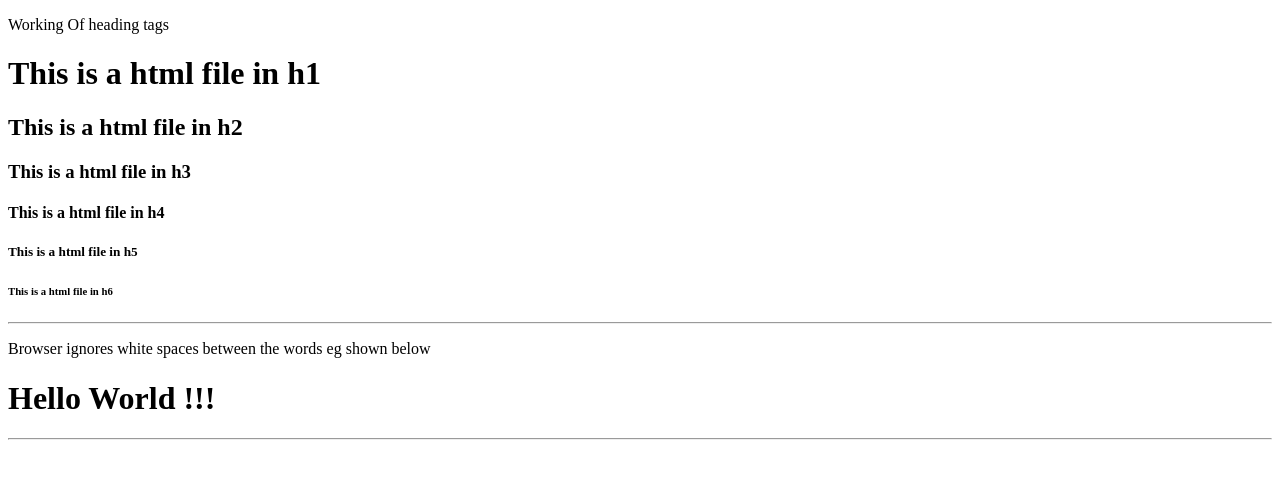
Repository: Datta2901/Basic-Html
Page: Heading.html
These files come from the project's save history. The page is drawn as it stood at one moment and after a run of saves; the edit follows.
The browser window is 1280 px wide. The pictures show the whole page.

Above is the page before, as saved 2021-01-11 14:37:14.

### Heading.html
<!DOCTYPE html>
<html>
    <head>
        <title>Heading Size</title>
    </head>
    <body>
        <p> Working Of heading tags </p>
        <h1>This is a html file in h1 </h1>
        <h2>This is a html file in h2 </h2>
        <h3>This is a html file in h3 </h3>
        <h4>This is a html file in h4 </h4>
        <h5>This is a html file in h5 </h5>
        <h6>This is a html file in h6 </h6>
        <hr>
        <p>Browser ignores white spaces between the words eg shown below</p>
        <h1>Hello       World           !!! </h1>
        <hr>
    </body>
</html>

After the next 5 saves:
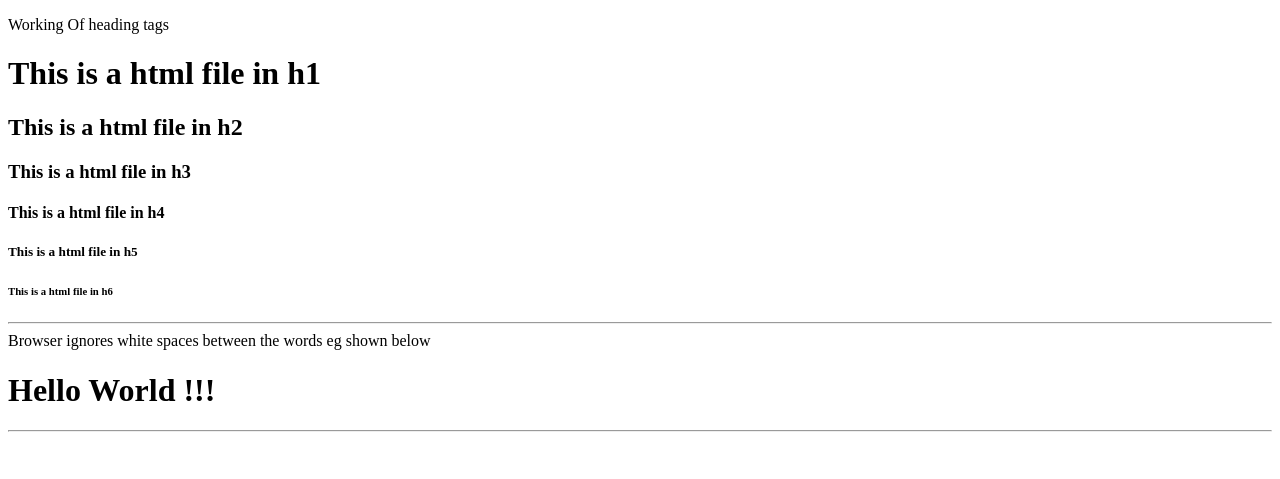
The 5 saves are shown as one change because they came seconds apart.
The last was saved 3 min 1 s later.
--- a/Heading.html
+++ b/Heading.html
@@ -12,6 +12,7 @@
         <h5>This is a html file in h5 </h5>
         <h6>This is a html file in h6 </h6>
         <hr>
+        <!
         <p>Browser ignores white spaces between the words eg shown below</p>
         <h1>Hello       World           !!! </h1>
         <hr>
